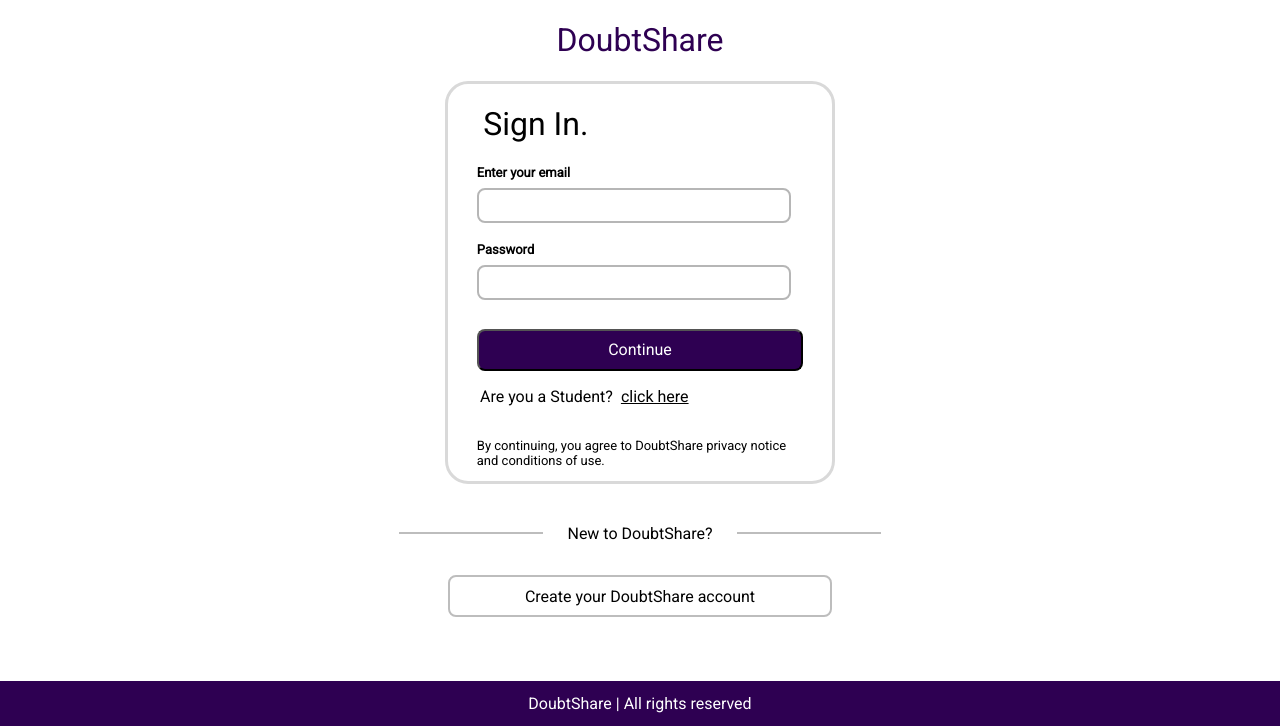
Repository: drumsmanku/doubtshare
Page: /register/tutor (app in frontend/)
The author's editor kept a copy of each file at every save. The page is drawn from the files as they stood at one save, then again after the next save.
The browser window is 1280 px wide. The pictures show the whole page.
The project was rebuilt for these pictures with package versions that can differ from the ones it lists, and the page was loaded fresh each time. Also part of the build but not shown: frontend/src/App.css, frontend/src/Components/Register/Register.js, frontend/src/Components/Dashboard/Dashboard.js, frontend/src/Components/Login/Login.js.

Above is the page before, as saved 2023-12-30 12:02:38.

### frontend/src/App.js
import './App.css';
import { BrowserRouter as Router, Route, Routes} from 'react-router-dom';
import Register from './Components/Register/Register';
import Dashboard from './Components/Dashboard/Dashboard';
import Login from './Components/Login/Login';
import LoginTutor from './Components/LoginTutor/LoginTutor';
import RegisterTutor from './Components/RegisterTutor/RegisterTutor';

function App() {
  return (
    <div className="App">
      <Router>
        <Routes>
          <Route path='/' element={<Dashboard/>}/>
          <Route path='/register/student' element={<Register/>}/>
          <Route path='/login/student' element={<Login/>}/>
          <Route path='/login/tutor' element={<LoginTutor/>}/>
          <Route path='/register/tutor' element={<LoginTutor/>}/>
        </Routes>
      </Router>
    </div>
  );
}

export default App;

### frontend/src/Components/LoginTutor/LoginTutor.js
import React, { useState } from 'react';
import { useNavigate } from 'react-router-dom';
import axios from 'axios';
import styles from './LoginTutor.module.css';

const DivStyles={
  display: 'flex',
  flexDirection: 'column',
  marginBottom: '1.2rem',
  alignItems: 'flex-start',
  width: '85%',
}
const InputStyles={
  width: '90%',
  padding:'0.5rem 0.5rem 0.5rem 0.5rem',
  borderRadius: '8px',
  border:'2px solid #B6B6B6',
  marginTop: '0.5rem',
}

function LoginTutor() {
  const navigate = useNavigate();
  const [error, setError]=useState('');
  const [user, setUser] = useState({
    email: '',
    password: '',
  });

  const handleChange = e => {
    setUser({
      ...user,
      [e.target.name]: e.target.value
    });
  };
  const login = (event) => {
    event.preventDefault();
    axios.post('http://localhost:4000/login/tutor', user)
      .then(res => {
        localStorage.setItem('token', res.data.token);
        localStorage.setItem('user', res.data.name);
        const tokenData=localStorage.getItem('token')
        if(tokenData!=='undefined') {
          navigate('/')
        }
        else{
         setError('Invalid credentials');
        }


      })
      .catch(err => console.log(err));
  };
  return (
    <div className={styles.container}>
      <div className={styles.heading}>
        <h1 style={{fontWeight:'500'}}>DoubtShare</h1>
      </div>
      <h1 className={styles.welcomeText} >Welcome</h1>
      <div className={styles.mainBody}>
        <form className={styles.form}>

          <div className={styles.inputContainer}>
            <h1 className={styles.signInText}>Sign In. <span className={styles.alreadyCustomer}>Already a customer?</span></h1>


            <div style={DivStyles}>
              <label htmlFor="email" style={{fontWeight:600, fontSize:'small'}}>Enter your email </label>
              <input type="text" name="email" value={user.email} onChange={handleChange} style={InputStyles}/>
            </div>


            <div style={DivStyles}>
              <label htmlFor="password" style={{fontWeight:600, fontSize:'small'}}>Password</label>
              <input type="password" name="password" value={user.password} onChange={handleChange} style={InputStyles} />
            </div>
            <span style={{color:'red', fontSize:'small', marginBottom:'0.6rem'}}>
              {error}
            </span>

          </div>

          <div style={{width:'100%', display:'flex', justifyContent:'center'}}>
            <button className={styles.buttonStyles} type="submit" style={{ cursor:'pointer'}} onClick={login}>Continue</button>
          </div>

          <div style={{width:'100%', display:'flex', alignItems:'center', paddingLeft:'2rem'}}>
             <p>Are you a Student?</p>
             <u style={{ cursor:'pointer', marginLeft:'0.5rem'}} onClick={()=>{navigate('/login/student')}}>click here</u>
          </div>

          <div style={{width:'100%', display:'flex', justifyContent:'center', marginTop:'1rem'}}>
            <p style={{width:'85%', textAlign:'left',fontSize:'small',  marginTop:0}}>By continuing, you agree to DoubtShare privacy notice and conditions of use.
            </p>
          </div>

        </form>
        <div style={{display:'flex', marginTop:'2.5rem'}}>
          <hr className={styles.wideLine} />
          <span className={styles.newToMusic} >New to DoubtShare?</span>
          <hr className={styles.wideLine} />
        </div>

        <button className={styles.notLoggedInButton}  onClick={()=>{navigate('/register/tutor')}}>Create your DoubtShare account</button>
      </div>


      <footer style={{ backgroundColor:'#2E0052', width:'100%', padding:'0.8rem 0 0.8rem 0', color:'white', textAlign:'center'}}>
          DoubtShare | All rights reserved
      </footer>
    </div>
  )
}

export default LoginTutor

### frontend/src/Components/Register/Register.module.css
@import url('https://fonts.googleapis.com/css2?family=DM+Sans&family=Roboto&display=swap');

body{
  font-family: 'Roboto';
}

.container{
  height: 100vh;
  width: 100%;
  display: flex;
  flex-direction: column;

  align-items: center;
  justify-content: space-between;
}

.form{
  display: flex;
  flex-direction: column;
  border: 3px solid #D9D9D9;
  border-radius: 23.2px;
  width: 30%;

}
.inputContainer{
  display: flex;
  align-items: center;
  flex-direction: column;
}

.buttonStyles{
  width: 85%;
  background-color: #2E0052;
  border-radius: 8px;
  color: white;
  padding: 0.6rem 0 0.6rem 0;
  font-family: 'Roboto';
  font-weight: 500;
  font-size: medium;
}

.welcomeText{
  display: none;
}

.heading{
  display: flex;
  align-items: center;
  font-family: 'Roboto';
  color: #2E0052;
  font-weight: 500;
}
@media (max-width: 768px){
  .heading{
    background-color: #2E0052;
    width: 100%;
    height: 8%;
    display: flex;
    padding-left: 2rem;
    align-items: center;
    color: white;
    font-size: small;
    font-weight: 400;
  }
  .form{
    width: 80%;
  }
  .notLoggedInButton{
    width: 80%;
  }
  .wideLine{
    width: 5rem;
  }
  .newToMusic{
    margin:0 1.5rem 0 1rem;
  }
  hr {
    width: 4rem;
  }
  .welcomeText {
    display: block;
    font-weight: 500;
    width: 80%;
    text-align: start;
  }
  .inputContainer>h1{
    font-size: medium;
    font-weight: 500;
    padding-left: 1.5rem;
  }
  .alreadyCustomer{
    font-weight: 400;
    display: inline-block;
  }
  footer{
    margin-top: 1rem;
  }
}

### frontend/src/Components/Login/Login.module.css
@import url('https://fonts.googleapis.com/css2?family=DM+Sans&family=Roboto&display=swap');

body{
  font-family: 'Roboto';
}

.container{
  height: 100vh;
  width: 100%;
  display: flex;
  flex-direction: column;
  justify-content: space-between;
  align-items: center;
}

.form{
  display: flex;
  flex-direction: column;
  border: 3px solid #D9D9D9;
  border-radius: 23.2px;
  width: 30%;

}
.inputContainer{
  display: flex;
  align-items: center;
  flex-direction: column;
}

.buttonStyles{
  width: 85%;
  background-color: #2E0052;
  border-radius: 8px;
  color: white;
  padding: 0.6rem 0 0.6rem 0;
  font-family: 'Roboto';
  font-weight: 500;
  font-size: medium;
}
.notLoggedInButton{
  width: 30%;
  background:none;
  border: 2px solid #BDBDBD;
  border-radius: 8px;
  color: black;
  padding: 0.6rem 0 0.6rem 0;
  font-family: 'Roboto';
  font-weight: 500;
  font-size: medium;
  margin-top: 2rem;
  cursor: pointer;
}
.heading{
  display: flex;
  align-items: center;
  font-family: 'Roboto';
  color: #2E0052;
  font-weight: 500;
}
.newToMusic{
  margin:0 1.5rem 0 1.5rem;
}
.wideLine {
  height: 2px;
  width: 9rem;
  background-color: #BDBDBD;
  border: none;
}

.welcomeText{
  display: none;
}
.signInText{
  align-self: flex-start;
  padding-left: 2.2rem;
  font-weight: 500;
}
.alreadyCustomer{

  display: none;
}

.mainBody{
  width: 100%;
  display: flex;
  flex-direction: column;
  align-items: center;
  margin-bottom: 4rem;
}

@media (max-width: 768px){
  .heading{
    background-color: #2E0052;
    width: 100%;
    height: 8%;
    display: flex;
    padding-left: 2rem;
    align-items: center;
    color: white;
    font-size: small;
    font-weight: 400;
  }
  .form{
    width: 80%;
  }
  .notLoggedInButton{
    width: 80%;
  }
  .wideLine{
    width: 5rem;
  }
  .newToMusic{
    margin:0 1.5rem 0 1rem;
  }
  .wideLine{
    width: 4rem;
  }
  .welcomeText {
    display: block;
    font-weight: 500;
    width: 80%;
    text-align: start;
  }
  .inputContainer>h1{
    font-size: medium;
    font-weight: 500;
    padding-left: 1.5rem;
  }
  .alreadyCustomer{
    font-weight: 400;
    display: inline-block;
  }
}

### frontend/src/Components/LoginTutor/LoginTutor.module.css
@import url('https://fonts.googleapis.com/css2?family=DM+Sans&family=Roboto&display=swap');

body{
  font-family: 'Roboto';
}

.container{
  height: 100vh;
  width: 100%;
  display: flex;
  flex-direction: column;
  justify-content: space-between;
  align-items: center;
}

.form{
  display: flex;
  flex-direction: column;
  border: 3px solid #D9D9D9;
  border-radius: 23.2px;
  width: 30%;

}
.inputContainer{
  display: flex;
  align-items: center;
  flex-direction: column;
}

.buttonStyles{
  width: 85%;
  background-color: #2E0052;
  border-radius: 8px;
  color: white;
  padding: 0.6rem 0 0.6rem 0;
  font-family: 'Roboto';
  font-weight: 500;
  font-size: medium;
}
.notLoggedInButton{
  width: 30%;
  background:none;
  border: 2px solid #BDBDBD;
  border-radius: 8px;
  color: black;
  padding: 0.6rem 0 0.6rem 0;
  font-family: 'Roboto';
  font-weight: 500;
  font-size: medium;
  margin-top: 2rem;
  cursor: pointer;
}
.heading{
  display: flex;
  align-items: center;
  font-family: 'Roboto';
  color: #2E0052;
  font-weight: 500;
}
.newToMusic{
  margin:0 1.5rem 0 1.5rem;
}
.wideLine {
  height: 2px;
  width: 9rem;
  background-color: #BDBDBD;
  border: none;
}

.welcomeText{
  display: none;
}
.signInText{
  align-self: flex-start;
  padding-left: 2.2rem;
  font-weight: 500;
}
.alreadyCustomer{

  display: none;
}

.mainBody{
  width: 100%;
  display: flex;
  flex-direction: column;
  align-items: center;
  margin-bottom: 4rem;
}

@media (max-width: 768px){
  .heading{
    background-color: #2E0052;
    width: 100%;
    height: 8%;
    display: flex;
    padding-left: 2rem;
    align-items: center;
    color: white;
    font-size: small;
    font-weight: 400;
  }
  .form{
    width: 80%;
  }
  .notLoggedInButton{
    width: 80%;
  }
  .wideLine{
    width: 5rem;
  }
  .newToMusic{
    margin:0 1.5rem 0 1rem;
  }
  .wideLine{
    width: 4rem;
  }
  .welcomeText {
    display: block;
    font-weight: 500;
    width: 80%;
    text-align: start;
  }
  .inputContainer>h1{
    font-size: medium;
    font-weight: 500;
    padding-left: 1.5rem;
  }
  .alreadyCustomer{
    font-weight: 400;
    display: inline-block;
  }
}

### frontend/src/Components/RegisterTutor/RegisterTutor.module.css
@import url('https://fonts.googleapis.com/css2?family=DM+Sans&family=Roboto&display=swap');

body{
  font-family: 'Roboto';
}

.container{
  height: 100vh;
  width: 100%;
  display: flex;
  flex-direction: column;

  align-items: center;
  justify-content: space-between;
}

.form{
  display: flex;
  flex-direction: column;
  border: 3px solid #D9D9D9;
  border-radius: 23.2px;
  width: 30%;

}
.inputContainer{
  display: flex;
  align-items: center;
  flex-direction: column;
}

.buttonStyles{
  width: 85%;
  background-color: #2E0052;
  border-radius: 8px;
  color: white;
  padding: 0.6rem 0 0.6rem 0;
  font-family: 'Roboto';
  font-weight: 500;
  font-size: medium;
}

.welcomeText{
  display: none;
}

.heading{
  display: flex;
  align-items: center;
  font-family: 'Roboto';
  color: #2E0052;
  font-weight: 500;
}
@media (max-width: 768px){
  .heading{
    background-color: #2E0052;
    width: 100%;
    height: 8%;
    display: flex;
    padding-left: 2rem;
    align-items: center;
    color: white;
    font-size: small;
    font-weight: 400;
  }
  .form{
    width: 80%;
  }
  .notLoggedInButton{
    width: 80%;
  }
  .wideLine{
    width: 5rem;
  }
  .newToMusic{
    margin:0 1.5rem 0 1rem;
  }
  hr {
    width: 4rem;
  }
  .welcomeText {
    display: block;
    font-weight: 500;
    width: 80%;
    text-align: start;
  }
  .inputContainer>h1{
    font-size: medium;
    font-weight: 500;
    padding-left: 1.5rem;
  }
  .alreadyCustomer{
    font-weight: 400;
    display: inline-block;
  }
  footer{
    margin-top: 1rem;
  }
}

### frontend/src/Components/RegisterTutor/RegisterTutor.js
import React, {useState, useEffect} from 'react';
import { useNavigate } from 'react-router-dom';
import axios from 'axios';
import styles from './RegisterTutor.module.css';



const DivStyles={
  display: 'flex',
  flexDirection: 'column',
  marginBottom: '1rem',
  alignItems: 'flex-start',
  width: '85%',
}
const InputStyles={
  width: '90%',
  padding:'0.5rem 0.5rem 0.5rem 0.5rem',
  borderRadius: '8px',
  border:'2px solid #B6B6B6',
  marginTop: '0.5rem',
}
function RegisterTutor() {
  const navigate=useNavigate();
  const [error, setError]=useState('')
  const [user, setUser] = useState({
    name: '',
    email: '',
    password: ''
  });
  const handleChange = e => {
    setUser({
      ...user,
      [e.target.name]: e.target.value
    });
  };
  const signup = (event) => {
    event.preventDefault();
    axios.post('http://localhost:4000/register/tutor', user)
      .then(res => {
        localStorage.setItem('token', res.data.token);
        localStorage.setItem('user', res.data.name);
        const tokenData=localStorage.getItem('token')
        if(tokenData!=='undefined') {
          navigate('/')
        }
        else{
          setError(res.data.message)
        }

      })
      .catch(err => console.log(err));
  };
  return (
    <div className={styles.container}>
      <div className={styles.heading}>

        <h1 style={{fontWeight:'500'}}>DoubtShare</h1>
      </div>
      <h1 className={styles.welcomeText} >Welcome</h1>
      <form className={styles.form}>

        <div className={styles.inputContainer}>
          <h2 style={{alignSelf:'start', paddingLeft:'2.2rem', fontWeight:600}}>Create Account</h2>
          <div style={DivStyles}>
            <label htmlFor="name" style={{fontWeight:600, fontSize:'small' }}>Your Name</label>
            <input type="text" name="name" value={user.name} onChange={handleChange} style={InputStyles}/>
          </div>


          <div style={DivStyles}>
            <label htmlFor="email" style={{fontWeight:600, fontSize:'small'}}>Email</label>
            <input type="email" name="email" value={user.email} onChange={handleChange} style={InputStyles}/>
          </div>


          <div style={DivStyles}>
            <label htmlFor="password" style={{fontWeight:600, fontSize:'small'}}>Password</label>
            <input type="password" name="password" value={user.password} onChange={handleChange} style={InputStyles} />
          </div>
        </div>
        <div style={{width:'100%', display:'flex', justifyContent:'center'}}>
          <p style={{width:'85%', textAlign:'left', fontWeight:600,fontSize:'small', marginTop:0}}>By enrolling your mobile phone number, you consent to receive automated security notifications via text message from DoubtShare. Message and data rates may apply.
          </p>
        </div>

        <span style={{color:'red', fontSize:'small', marginBottom:'0.6rem'}}>{error}</span>

        <div style={{width:'100%', display:'flex', justifyContent:'center'}}>
          <button className={styles.buttonStyles} type="submit" style={{ cursor:'pointer'}} onClick={signup}>Continue</button>
        </div>

        <div style={{width:'100%', display:'flex', alignItems:'center', paddingLeft:'2rem'}}>
             <p>Are you a Student?</p>
             <u style={{ cursor:'pointer', marginLeft:'0.5rem'}} onClick={()=>{navigate('/register/tutor')}}>click here</u>
          </div>

        <div style={{width:'100%', display:'flex', justifyContent:'center', marginTop:'1rem'}}>
          <p style={{width:'85%', textAlign:'left',fontSize:'small',  marginTop:0}}>By continuing, you agree to DoubtShare privacy notice and conditions of use.
          </p>
        </div>

      </form>
      <span style={{fontWeight:'bold', marginTop:'1rem'}}>Already have an account?<button style={{background:'none', color:'#36416A', fontSize:'medium', marginLeft:0, padding:0, width:'4rem', cursor:'pointer', border:'none', textDecoration:'underline'}} onClick={()=>{navigate('/login/tutor')}}>Sign in</button></span>

      <footer style={{ backgroundColor:'#2E0052', width:'100%', padding:'0.8rem 0 0.8rem 0', color:'white', textAlign:'center'}}>
          DoubtShare | All rights reserved
      </footer>

    </div>
  )
}

export default RegisterTutor

Loaded but not shown: frontend/public/index.html (common file); frontend/src/index.js (common file); frontend/src/index.css (common file)

After the next save:
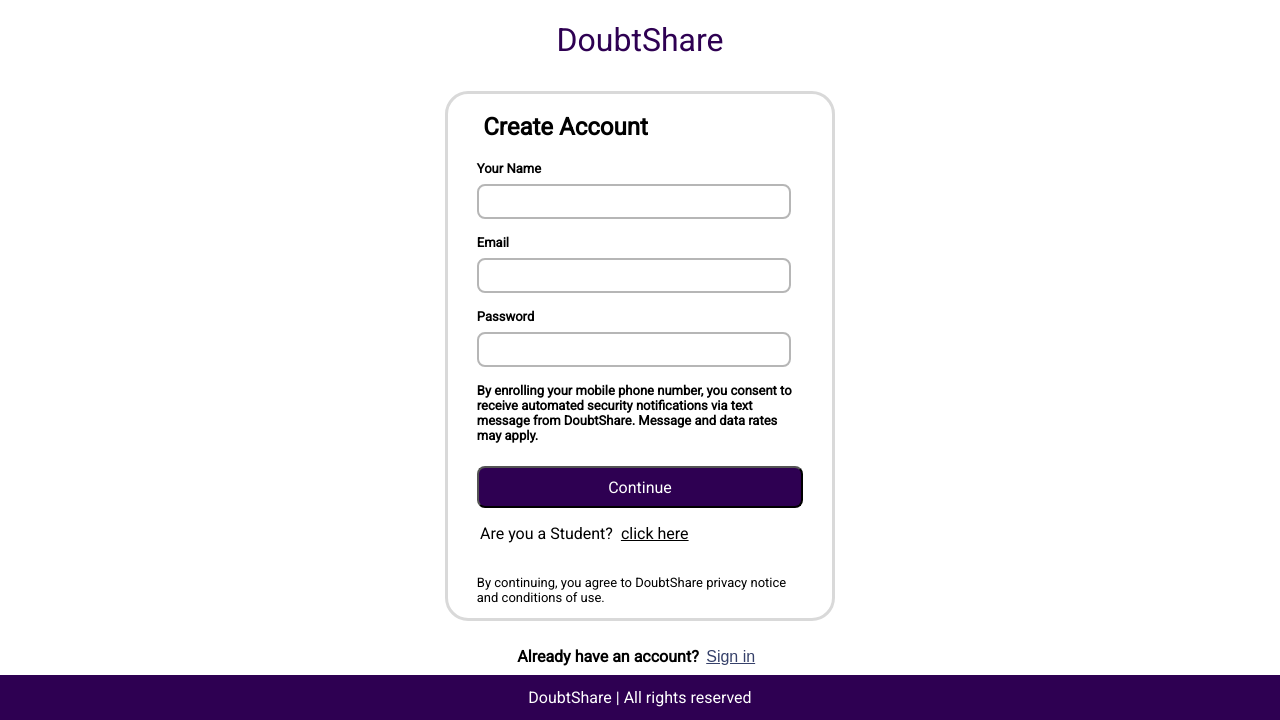
Saved 59 s later.
--- a/frontend/src/App.js
+++ b/frontend/src/App.js
@@ -15,7 +15,7 @@ function App() {
           <Route path='/register/student' element={<Register/>}/>
           <Route path='/login/student' element={<Login/>}/>
           <Route path='/login/tutor' element={<LoginTutor/>}/>
-          <Route path='/register/tutor' element={<LoginTutor/>}/>
+          <Route path='/register/tutor' element={<RegisterTutor/>}/>
         </Routes>
       </Router>
     </div>
